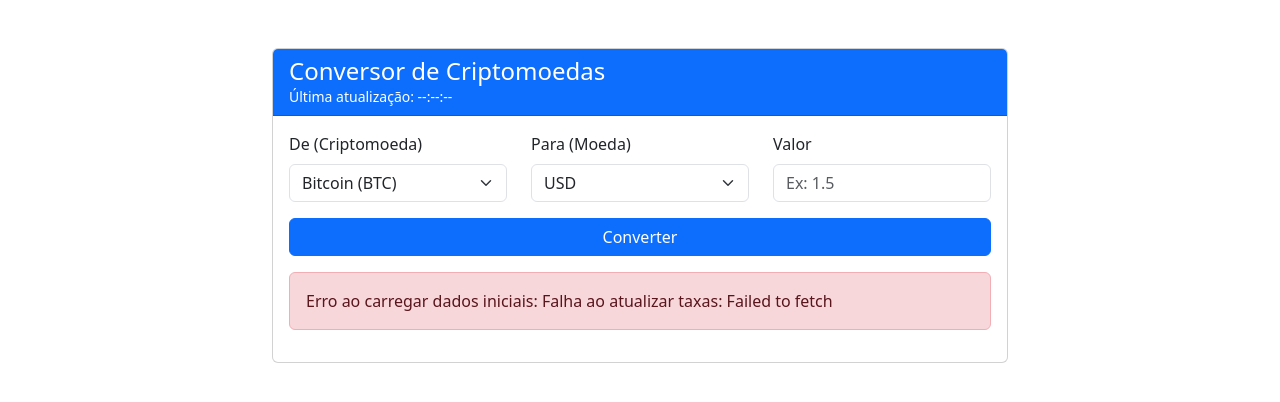
Repository: victorvilanova/crypto-convert-system
Page: index.html
The author's editor kept a copy of each file at every save. The page is drawn from the files as they stood at one save, then again after the next save.
The browser window is 1280 px wide. The pictures show the whole page.
The page's requests for data from a server got no answer.

Above is the page before, as saved 2025-04-10 18:44:16.

After the next save:
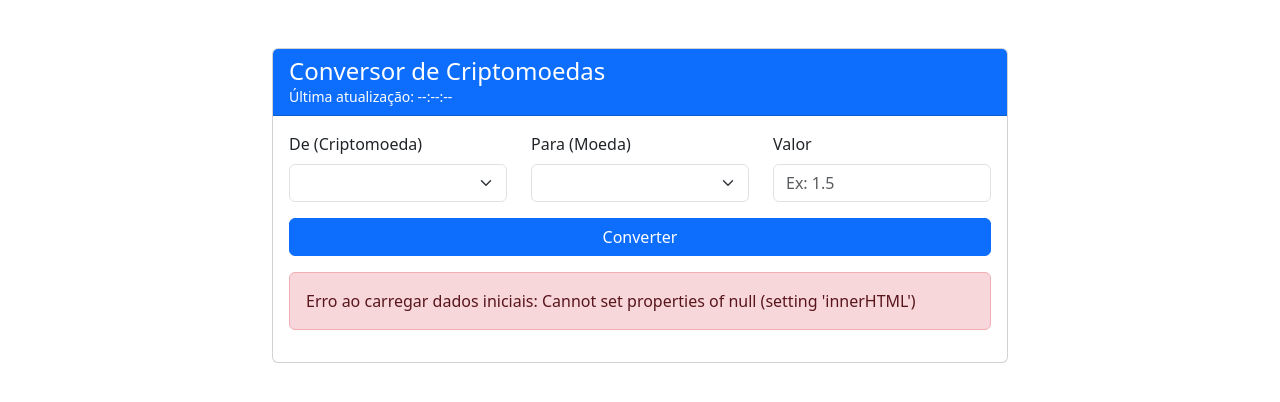
Saved 40 s later.
--- a/assets/js/views/CryptoView.js
+++ b/assets/js/views/CryptoView.js
@@ -5,14 +5,15 @@
 export default class CryptoView {
   constructor() {
     // Elementos do formulário
-    this.fromCryptoSelect = document.getElementById('fromCrypto');
-    this.toCurrencySelect = document.getElementById('toCurrency');
+    this.fromCurrencySelect = document.getElementById('fromCurrency');
+    this.toCryptoSelect = document.getElementById('toCrypto');
     this.amountInput = document.getElementById('amount');
     this.convertButton = document.getElementById('convertBtn');
     this.resultDiv = document.getElementById('result');
     this.errorDiv = document.getElementById('error');
     this.loadingIndicator = document.getElementById('loading');
     this.lastUpdateSpan = document.getElementById('lastUpdate');
+    this.ratesTableBody = document.getElementById('ratesTableBody');
   }
 
   /**
@@ -41,23 +42,23 @@ export default class CryptoView {
    */
   populateDropdowns(cryptos, currencies) {
     // Limpa os selects antes de preencher
-    this.fromCryptoSelect.innerHTML = '';
-    this.toCurrencySelect.innerHTML = '';
+    this.fromCurrencySelect.innerHTML = '';
+    this.toCryptoSelect.innerHTML = '';
+
+    // Adiciona as opções de moedas FIAT
+    currencies.forEach(currency => {
+      const option = document.createElement('option');
+      option.value = currency;
+      option.textContent = currency;
+      this.fromCurrencySelect.appendChild(option);
+    });
 
     // Adiciona as opções de criptomoedas
     cryptos.forEach(crypto => {
       const option = document.createElement('option');
       option.value = crypto;
       option.textContent = this.formatCryptoName(crypto);
-      this.fromCryptoSelect.appendChild(option);
-    });
-
-    // Adiciona as opções de moedas
-    currencies.forEach(currency => {
-      const option = document.createElement('option');
-      option.value = currency;
-      option.textContent = currency;
-      this.toCurrencySelect.appendChild(option);
+      this.toCryptoSelect.appendChild(option);
     });
   }
 
@@ -84,8 +85,8 @@ export default class CryptoView {
    */
   getFormValues() {
     return {
-      fromCrypto: this.fromCryptoSelect.value,
-      toCurrency: this.toCurrencySelect.value,
+      fromCurrency: this.fromCurrencySelect.value,
+      toCrypto: this.toCryptoSelect.value,
       amount: parseFloat(this.amountInput.value) || 0
     };
   }
@@ -95,16 +96,48 @@ export default class CryptoView {
    * @param {Object} result - Objeto com dados da conversão
    */
   displayResult(result) {
-    const { fromCrypto, toCurrency, amount, convertedAmount } = result;
+    const { fromCurrency, toCrypto, amount, convertedAmount } = result;
 
     this.hideError();
     this.resultDiv.innerHTML = `
       <div class="alert alert-success">
-        ${amount} ${this.formatCryptoName(fromCrypto)} =
-        ${convertedAmount.toFixed(2)} ${toCurrency}
+        ${amount} ${fromCurrency} =
+        ${convertedAmount.toFixed(8)} ${this.formatCryptoName(toCrypto)}
       </div>
     `;
     this.resultDiv.style.display = 'block';
+  }
+
+  /**
+   * Atualiza a tabela de taxas de câmbio
+   * @param {Array} ratesTable - Array de objetos com as taxas de câmbio
+   */
+  updateRatesTable(ratesTable) {
+    this.ratesTableBody.innerHTML = '';
+
+    ratesTable.forEach(item => {
+      const row = document.createElement('tr');
+
+      const cryptoCell = document.createElement('td');
+      cryptoCell.textContent = this.formatCryptoName(item.crypto);
+
+      const currencyCell = document.createElement('td');
+      currencyCell.textContent = item.currency;
+
+      const rateCell = document.createElement('td');
+      rateCell.textContent = item.rate.toFixed(2);
+
+      const unitCell = document.createElement('td');
+      const unitRate = (1 / item.rate).toFixed(8);
+      unitCell.textContent = `1 ${this.formatCryptoName(item.crypto)} = ${unitRate} ${item.currency}`;
+
+      row.appendChild(cryptoCell);
+      row.appendChild(currencyCell);
+      row.appendChild(rateCell);
+      row.appendChild(unitCell);
+
+      this.ratesTableBody.appendChild(row);
+    });
   }
 
   /**
